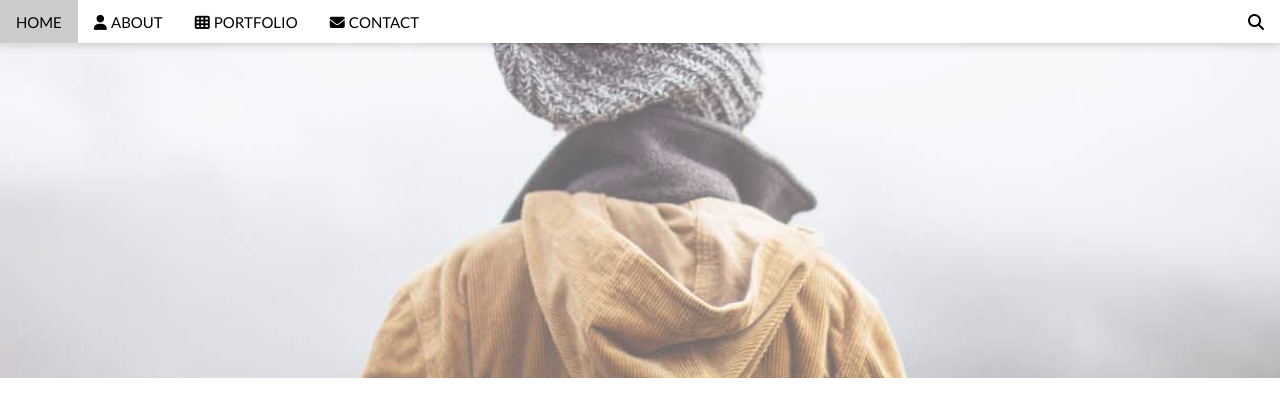
Repository: xd25vn/project-error
Page: index.html
These files come from the project's save history. The page is drawn as it stood at one moment and after a run of saves; the edit follows.
The browser window is 1280 px wide. The pictures show the whole page.

Above is the page before, as saved 2023-09-02 14:26:04.

After the next 2 saves:
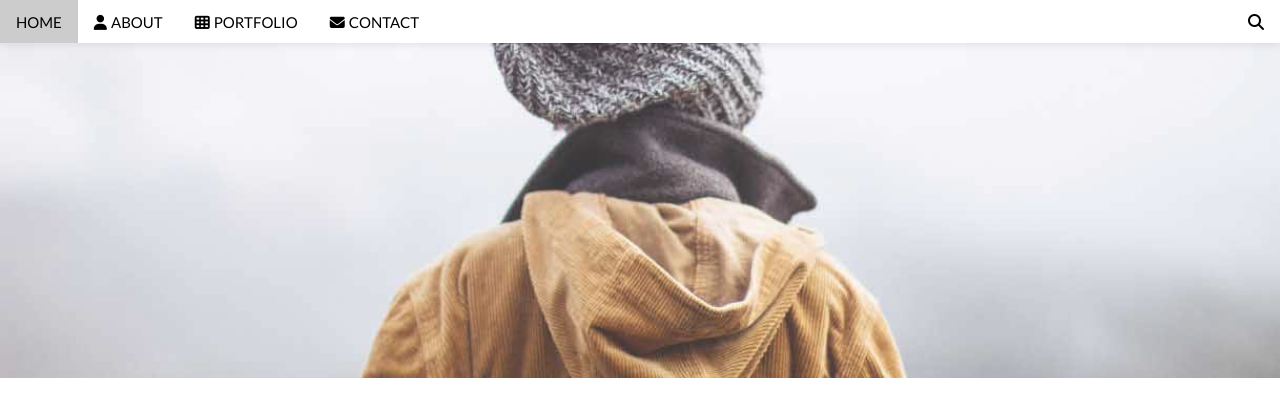
The 2 saves are shown as one change because they came seconds apart.
The last was saved 7 s later.
--- a/assets/main.css
+++ b/assets/main.css
@@ -54,5 +54,5 @@ header .nav-icon-search:hover i {
 #sidebar .sidebar-img-one {
     background: url(../assets/image/sidebar1.jpg) center / cover no-repeat;
     padding-top: calc(27% - 10.18px);
-    opacity: 0.6;
+    opacity: 0.8;
 }
